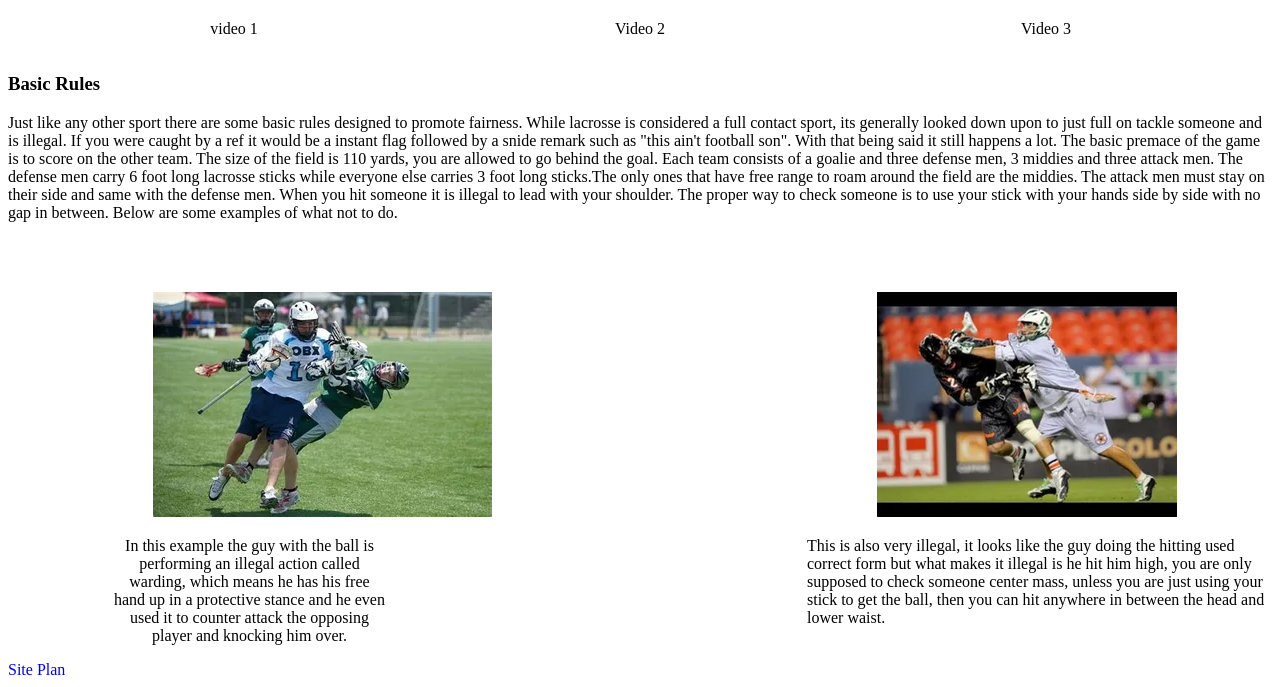
Repository: nak97/personal-site
Page: lacrosse.html
These files come from the project's save history. The page is drawn as it stood at one moment and after the next save; the edit follows.
The browser window is 1280 px wide. The pictures show the part of the page from y = 540 to 1227 px (the page is 1227 px tall before and 1209 px after).

Above is the page before, as saved 2023-03-17 09:23:29.

After the next save:
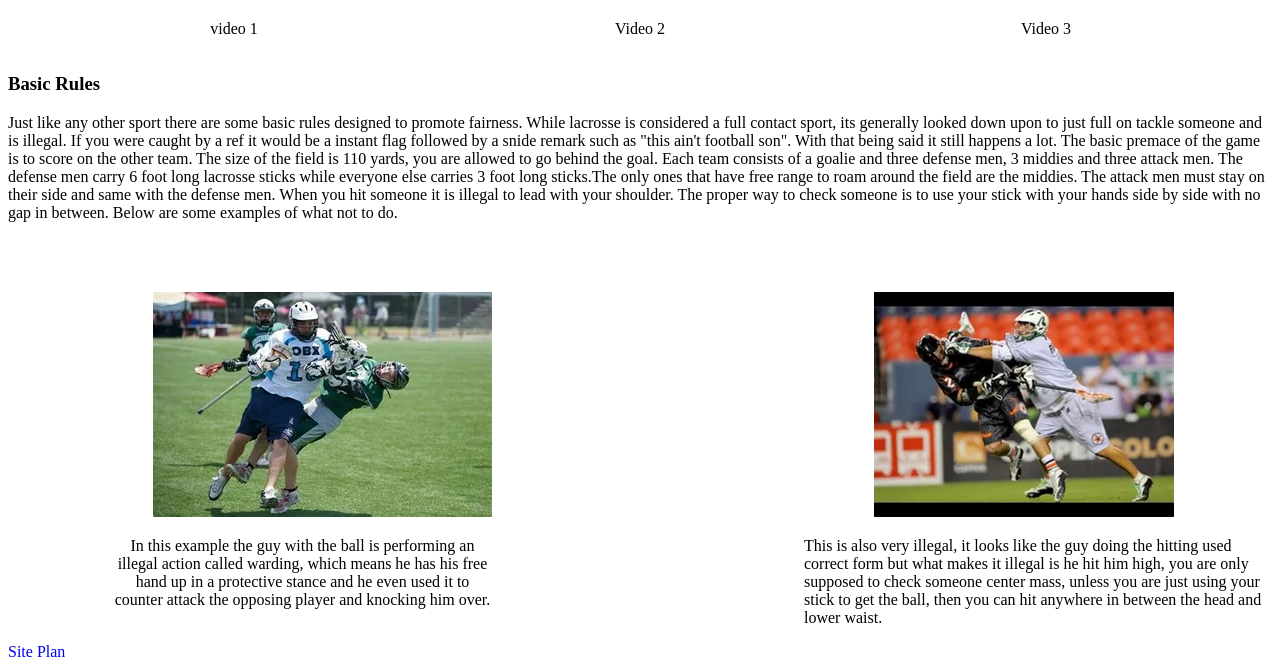
Saved 26 s later.
--- a/personal-site.css
+++ b/personal-site.css
@@ -27,7 +27,7 @@ nav{
 }
 .img1 p{
   text-align: center;
-  margin-right: 109px;
+
 }
 
 .img2{
